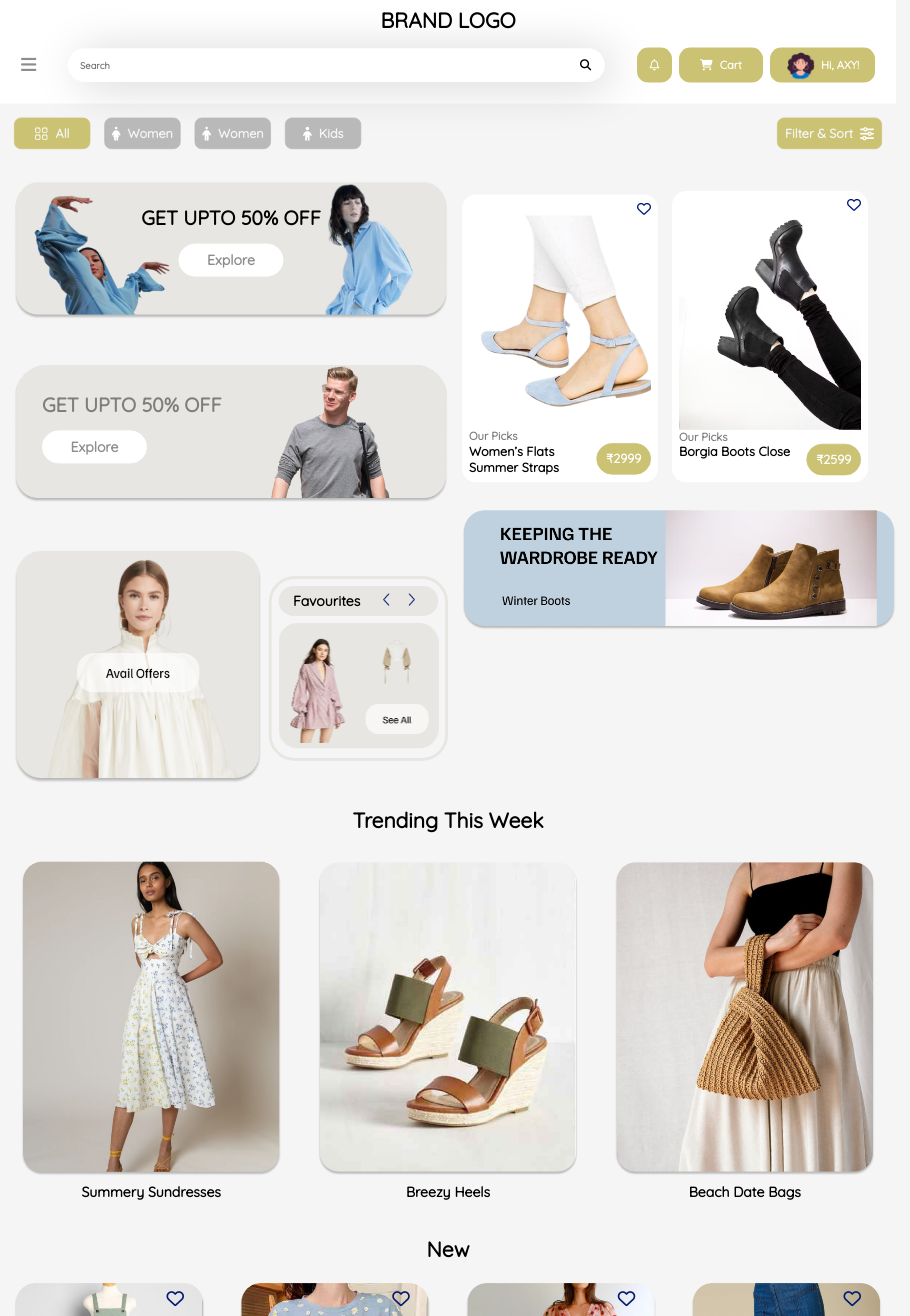
Repository: FlyweisReact/Jaspal
Page: /homepage
An editor plug-in stored every save of this project. The page is shown before and after a run of saves, followed by the edit.
The browser window is 1280 px wide. The page is 1300 px wide, so the pictures cover 1300 px, including what lies to the right of the window. The pictures show the part of the page from y = 0 to 1880 px (the page is 2569 px tall), at 70% of full size.
Some web libraries are served in a nearby version. The project was rebuilt for these pictures with package versions that can differ from the ones it lists, and the page was loaded fresh each time. Also part of the build but not shown: src/Pages/Login/Login.js.

Above is the page before, as saved 2023-08-19 12:38:09.

### public/index.html
<!-- @format -->

<!DOCTYPE html>
<html lang="en">
  <head>
    <meta charset="utf-8" />
    <link rel="icon" href="%PUBLIC_URL%/favicon.ico" />
    <meta name="viewport" content="width=device-width, initial-scale=1" />
    <meta name="theme-color" content="#000000" />
    <meta
      name="description"
      content="Web site created using create-react-app"
    />
    <link rel="apple-touch-icon" href="%PUBLIC_URL%/logo192.png" />
    <link rel="manifest" href="%PUBLIC_URL%/manifest.json" />
    <link rel="preconnect" href="https://fonts.googleapis.com">
    <link rel="preconnect" href="https://fonts.gstatic.com" crossorigin>
    <link href="https://fonts.googleapis.com/css2?family=Quicksand&display=swap" rel="stylesheet">
    <title>React App</title>
  </head>
  <body>
    <noscript>You need to enable JavaScript to run this app.</noscript>
    <div id="root"></div>
    <script src="https://kit.fontawesome.com/b533b351e4.js" crossorigin="anonymous"></script>
  </body>
</html>

### src/index.js
import React from 'react';
import ReactDOM from 'react-dom/client';
import './index.css';
import App from './App';
import "slick-carousel/slick/slick.css";
import "slick-carousel/slick/slick-theme.css";

const root = ReactDOM.createRoot(document.getElementById('root'));
root.render(
  <React.StrictMode>
    <App />
  </React.StrictMode>
);

### src/index.css
/** @format */

body {
  margin: 0;
  font-family: Quicksand !important;
  -webkit-font-smoothing: antialiased;
  -moz-osx-font-smoothing: grayscale;
  background-color: #F5F5F5;
}

code {
  font-family: Quicksand !important;
}

html {
  font-family: Quicksand !important;
}

### src/App.js
/** @format */

import React from "react";
import { BrowserRouter, Route, Routes } from "react-router-dom";
import Login from "./Pages/Login/Login";
import Homepage from "./Pages/Homepage/Homepage";
import Footer from "./Navbar/Footer";
import Navbar from "./Navbar/Navbar";


// CSS
import "./CSS/Normal.css";
import "./CSS/Navbar.css";
import './CSS/Footer.css'
import Copyright from "./Component/copyright/Copyright";
const App = () => {
  return (
    <>
      <BrowserRouter>
        <Navbar />
        <Routes>
          <Route path="/" element={<Login />} />
          <Route path="/homepage" element={<Homepage />} />
        </Routes>
        <Footer />
        <Copyright />
      </BrowserRouter>
    </>
  );
};

export default App;

### src/Pages/Homepage/Homepage.js
/** @format */

import React from "react";
import Filter from "../../Component/Homecomp/Filter";
import FullWidthProduct from "../../Component/Homecomp/FullWidthProduct";
import OfferProduct from "../../Component/Homecomp/OfferProduct";
import TrendingProduct from "../../Component/Homecomp/TrendingProduct";

const Homepage = () => {
  return (
    <div className="Home-Page">
      <Filter />
      <OfferProduct />
      <p className="Heading-all">Trending This Week</p>
      <TrendingProduct />
      <p className="Heading-all">New</p>
      <FullWidthProduct />
    </div>
  );
};

export default Homepage;

### src/Navbar/Footer.js
/** @format */

import React from "react";

const Footer = () => {
  return (
    <div className="Footer-Div">
      <div className="container">
        <ul className="four-cont">
          <ul>
            <li className="head">Customer Service</li>
            <li>Contact Us</li>
            <li>FAQs</li>
            <li>Orders and Delivery</li>
            <li>Payments</li>
            <li>Terms and Conditions</li>
          </ul>
          <ul>
            <li className="head">Career</li>
            <li>Work with Us</li>
            <li>From our Workers</li>
          </ul>
          <ul>
            <li className="head">Our Stores</li>
            <li>Find the Nearest Store</li>
            <li>Visit Virtual Store</li>
            <li>Contact Stores</li>
          </ul>
          <ul>
            <li className="head">Customer Memberships</li>
            <li>Become a Member</li>
            <li>Refer your Friend</li>
            <li>Student Discounts</li>
          </ul>
        </ul>

        <div className="social-links">
          <img src="/Image/20.png" alt="" />
          <img src="/Image/21.png" alt="" />
          <img src="/Image/22.png" alt="" />
          <img src="/Image/23.png" alt="" />
        </div>
      </div>
    </div>
  );
};

export default Footer;

### src/Navbar/Navbar.js
/** @format */

import React from "react";

const Navbar = () => {
  return (
    <div className="Navbar">
      <div className="logo">BRAND LOGO</div>

      <div className="container">
        <i className="fa-solid fa-bars"></i>

        <div className="search-bar">
          <input type="search" placeholder="Search" />
          <i className="fa-solid fa-magnifying-glass"></i>
        </div>

       <div className="Right-Container">
       <div className="Item Item1">
          <i class="fa-regular fa-bell"></i>
        </div>

        <div className="Item Item2">
          <i className="fa-solid fa-cart-shopping"></i>
          <p>Cart</p>
        </div>

        <div className="Item Item3">
        <img src='/Image/3.png' alt='' />
          <p>Hi, AXY!</p>
        </div>

       </div>
      </div>
    </div>
  );
};

export default Navbar;

### src/CSS/Normal.css
/**
 * Login Page
 *
 * @format
 */

.Login-Page {
  min-height: 100vh;
  background-image: url("../../public/Image/1.png");
  width: 100%;
  background-position: center;
  background-repeat: no-repeat;
  background-size: cover;
  position: relative;
}
.Login-Page .Login-Div {
  max-width: 600px;
  width: 100%;
  display: block;
  margin: auto;
  position: absolute;
  top: 50%;
  left: 50%;
  transform: translate(-50%, -50%);
}
.Login-Page .Login-Div .logo {
  color: #000;
  font-size: 30px;
  font-style: normal;
  font-weight: 700;
  line-height: normal;
  margin: 0;
  text-align: center;
  margin-bottom: 10px;
}

.Login-Page .Login-Div .container {
  border-radius: 16px;
  background: #fff;
  padding: 16px;
}
.Login-Page .Login-Div .container .head {
  color: #000;
  font-size: 25px;
  font-style: normal;
  font-weight: 700;
  text-align: center;
  line-height: normal;
}
.Login-Page .Login-Div .container input {
  max-width: 400px;
  width: 100%;
  display: block;
  margin: auto;
  padding: 10px;
  border-radius: 8px;
  border: 1px solid #b9b9b9;
  outline: none;
  font-size: 16px;
  font-family: Quicksand;
  background: #fff;
  box-shadow: 8px 4px 20px 0px rgba(0, 0, 0, 0.3);
  margin-top: 20px;
}

.Login-Page .Login-Div .container .forget-password {
  max-width: 400px;
  width: 100%;
  text-align: right;
  display: block;
  margin: auto;
  margin-top: 10px;
  color: #f00;
  font-weight: 600;
  cursor: pointer;
}

.Login-Page .Login-Div .container .login-button {
  max-width: 400px;
  width: 100%;
  border-radius: 8px;
  border: 1px solid #b9b9b9;
  background: #cbc273;
  padding: 10px;
  display: block;
  margin: auto;
  margin-top: 40px;
  font-family: Quicksand;
  color: #f5f5f5;
  font-size: 20px;
  font-weight: bold;
  cursor: pointer;
  box-shadow: 8px 4px 20px 0px rgba(0, 0, 0, 0.3);
}
.Login-Page .Login-Div .container .signup-button {
  max-width: 400px;
  width: 100%;
  border-radius: 8px;
  padding: 10px;
  display: block;
  margin: auto;
  margin-top: 10px;
  font-family: Quicksand;
  color: #cbc273;
  font-size: 20px;
  font-weight: bold;
  cursor: pointer;
  border: none;
  background-color: transparent;
}

.Login-Page .Login-Div .container .three-img {
  display: flex;
  justify-content: center;
  align-items: center;
  gap: 20px;
  margin-bottom: 40px;
}

.Filter-Category {
  display: flex;
  justify-content: space-between;
  align-items: center;
  padding: 20px;
  max-width: 1400px;
  margin: auto;
}
.Filter-Category .center {
  width: 40%;
  display: flex;
  justify-content: flex-end;
  gap: 20px;
}
.Filter-Category .center button {
  display: flex;
  width: 120px;
  justify-content: center;
  align-items: center;
  gap: 10px;
  border: 1px solid #b9b9b9;
  border-radius: 10px;
  background: #b9b9b9;
  gap: 10px;
  padding: 10px;
  color: #fff;
  cursor: pointer;
}
.Filter-Category .center button.active {
  background-color: #cbc273;
  border: 1px solid #cbc273;
}
.Filter-Category .center button img {
  width: 20px;
  height: 20px;
}
.Filter-Category .center button svg {
  font-size: 20px;
}
.Filter-Category .center button i {
  font-size: 20px;
}
.Filter-Category .center button span {
  color: #f5f5f5;
  text-align: center;
  font-family: Quicksand;
  font-size: 18px;
  font-style: normal;
  font-weight: 600;
  line-height: normal;
}

.Filter-Category .right {
  width: 10%;
  display: flex;
  justify-content: flex-end;
  gap: 20px;
}
.Filter-Category .right button {
  display: flex;
  min-width: 150px;
  max-width: 180px;

  justify-content: center;
  align-items: center;
  gap: 10px;
  border-radius: 10px;
  gap: 10px;
  padding: 10px;
  color: #fff;
  cursor: pointer;
  background-color: #cbc273;
  border: 1px solid #cbc273;
}

.Filter-Category .right button i {
  font-size: 20px;
}
.Filter-Category .right button span {
  color: #f5f5f5;
  text-align: center;
  font-family: Quicksand;
  font-size: 18px;
  font-style: normal;
  font-weight: 600;
  line-height: normal;
}

.offer-products {
  display: flex;
  justify-content: space-between;
  padding: 20px;
  max-width: 1400px;
  margin: auto;
}
.offer-products .left-container {
  width: 50%;
}
.offer-products .left-container .img-container {
  width: 100%;
  height: 267px;
  background-image: url("../../public/Image/4.png");
  background-size: contain;
  background-repeat: no-repeat;
  border-radius: 50px;
}
.offer-products .left-container .img-container h5 {
  color: #000;
  text-align: center;
  font-family: Quicksand;
  font-size: 28px;
  font-style: normal;
  font-weight: bold;
  line-height: normal;
  margin: 0;
  padding-top: 40px;
  margin-bottom: 20px;
}
.offer-products .left-container .img-container button {
  width: 150px;
  padding: 10px;
  color: #8d8d8d;
  text-align: center;
  font-family: Quicksand;
  font-size: 20px;
  font-style: normal;
  font-weight: 600;
  line-height: normal;
  background-color: #fff;
  border: 1px solid #fff;
  border-radius: 50px;
  display: block;
  margin: auto;
}

.offer-products .left-container .img-container-2 {
  background-image: url("../../public/Image/5.png");
}

.offer-products .left-container .img-container-2 h5 {
  text-align: left;
  color: #7e7e7e;
  padding-left: 40px;
}
.offer-products .left-container .img-container-2 button {
  margin-left: 40px;
}

.offer-products .left-container .two-sec {
  display: flex;
  justify-content: space-between;
  align-items: center;
  gap: 10px;
}
.offer-products .left-container .two-sec .left {
  max-width: 365px;
}
.offer-products .left-container .two-sec .left img {
  max-width: 100%;
}
.offer-products .left-container .two-sec .right {
  border-radius: 37px;
  border: 4px solid #e7e6e2;
  background: rgba(217, 217, 217, 0);
  width: 40%;
}

.Favorite-slider {
  padding: 10px;
}
.Favorite-slider .Prev-Next_cont {
  width: 100%;
  margin-bottom: 10px;
  display: flex;
  background-color: #e7e6e2;
  border-radius: 50px;
  justify-content: space-evenly;
  align-items: center;
}
.Favorite-slider .Prev-Next_cont span {
  color: #000;
  text-align: center;
  font-size: 20px;
  font-style: normal;
  font-weight: 800;
  line-height: normal;
}
.Favorite-slider .Prev-Next_cont img {
  cursor: pointer;
}
.Fav-Slide {
  width: 100%;
}
.Fav-Slide .Main {
  width: 100%;
}
.Fav-Slide .Main img {
  width: 100%;
}
.Fav-Slide .slick-arrow {
  display: none !important;
}

.offer-products .right-container {
  width: 50%;
}

.offer-products .right-container .product-container {
  display: flex;
  justify-content: space-between;
  gap: 20px;
  align-items: flex-end;
  padding: 20px;
}
.offer-products .right-container .product-container .Main {
  background-color: #fff;
  width: 45%;
  padding: 10px;
  border-radius: 20px;
}
.offer-products .right-container .product-container .Main .fa-heart {
  display: flex;
  justify-content: flex-end;
  font-size: 20px;
  color: #001a72;
}
.offer-products .right-container .product-container .Main img {
  max-width: 100%;
  display: block;
  margin: auto;
}
.offer-products .right-container .product-container .Main .pick {
  color: #7e7e7e;
  font-size: 16px;
  font-style: normal;
  font-weight: 600;
  line-height: normal;
  margin: 0;
}
.offer-products .right-container .product-container .Main .desc {
  display: flex;
  justify-content: space-between;
  align-items: flex-start;
  gap: 10px;
}
.offer-products .right-container .product-container .Main .desc span {
  color: #000;
  font-size: 18px;
  font-style: normal;
  font-weight: 600;
  line-height: normal;
  max-width: 70%;
}
.offer-products .right-container .product-container .Main .desc button {
  max-width: 30%;
  width: 120px;
  border: 1px solid #cbc273;
  background-color: #cbc273;
  border-radius: 50px;
  color: #fff;
  text-align: center;
  font-size: 18px;
  padding: 10px;
  cursor: pointer;
  font-style: normal;
  font-weight: 600;
  font-family: Quicksand;
  line-height: normal;
}

.offer-products .right-container .img-container {
  width: 100%;
  padding: 20px;
}
.offer-products .right-container .img-container img {
  max-width: 100%;
  display: block;
  margin: auto;
}

.Heading-all {
  color: #000;
  text-align: center;
  font-size: 30px;
  font-style: normal;
  font-weight: 700;
  line-height: normal;
  margin: 0;
  padding: 10px;
}

.Trending-Product {
  padding: 20px;
  max-width: 1400px;
  margin: auto;
  display: flex;
  justify-content: space-between;
  align-items: center;
  flex-wrap: wrap;
}
.Trending-Product .Main {
  width: 30%;
  padding: 10px;
}
.Trending-Product .Main img {
  max-width: 100%;
  display: block;
  margin: auto;
}
.Trending-Product .Main p {
  color: #000;
  font-family: Inter;
  font-size: 20px;
  font-style: normal;
  font-weight: 700;
  padding: 10px;
  line-height: normal;
  text-align: center;
  font-family: Quicksand;
  margin: 0;
}

.full-width-product {
  padding: 20px;
  display: flex;
  max-width: 1400px;
  margin: auto;
  flex-wrap: wrap;
  align-items: center;
  gap: 20px;
  justify-content: space-between;
}
.full-width-product .Main {
  width: 22%;
}
.full-width-product .Main .img-container {
  width: 100%;
  position: relative;
}
.full-width-product .Main .img-container img {
  max-width: 100%;
  display: block;
  margin: auto;
}
.full-width-product .Main .img-container .fa-heart {
  position: absolute;
  top: 10px;
  right: 30px;
  font-size: 25px;
  color: #001a72;
  z-index: 2;
  cursor: pointer;
}

.full-width-product .Main .product-desc {
  padding: 10px;
}
.full-width-product .Main .product-desc p {
  margin: 0;
  text-align: center;
  max-width: 100%;
}
.full-width-product .Main .product-desc .light {
  color: #7e7e7e;
  font-size: 14px;
  font-style: normal;
  font-weight: 700;
  line-height: normal;
}
.full-width-product .Main .product-desc .title {
  color: #000;
  font-size: 18px;
  font-style: normal;
  font-weight: 700;
  line-height: normal;
}

### src/CSS/Navbar.css
/** @format */

.Navbar {
  padding: 10px;
  background-color: #fff;
}
.Navbar .logo {
  color: #000;
  font-size: 30px;
  font-style: normal;
  font-weight: 700;
  line-height: normal;
  text-align: center;
  max-width: 1400px;
  margin: auto;
}
.Navbar .container {
  display: flex;
  justify-content: space-between;
  padding: 20px;
  max-width: 1400px;
  margin: auto;
  align-items: center;
}
.Navbar .container .fa-bars {
  font-size: 25px;
  cursor: pointer;
  color: #8d8d8d;
  font-weight: bold;
}

.Navbar .container .search-bar {
  display: flex;
  width: 60%;
  border-radius: 24px;
  background: #fff;
  box-shadow: 12px 5px 65px 0px rgba(0, 0, 0, 0.18);
  justify-content: space-between;
  align-items: center;
  padding: 15px;
  padding-right: 20px;
}
.Navbar .container .search-bar input {
  width: 90%;
  border: none;
  outline: none;
  font-family: Quicksand;
  font-weight: 900;
}

.Navbar .container .Item {
  border-radius: 16px;
  background: #cbc273;
  display: flex;
  justify-content: center;
  align-items: center;
  min-width: 20px;
  gap: 10px;
  height: 50px;
  cursor: pointer;
}
.Navbar .container .Item i {
  color: #fff;
}
.Navbar .container .Item p {
  color: #fff;
  font-size: 16px;
  font-weight: 600;
}

.Navbar .container .Item2 {
  width: 120px;
  height: 50px;
}
.Navbar .container .Item1 {
  width: 50px;
}
.Navbar .container .Item3 {
  width: 150px;
  height: 50px;
}
.Navbar .container .Item img {
  width: 40px;
  height: 40px;
}
.Navbar .container .Right-Container {
  display: flex;
  gap: 10px;
}

### src/CSS/Footer.css
/** @format */

.Footer-Div {
  background: #ededed;
}
.Footer-Div .container {
  max-width: 1400px;
  margin: auto;
  padding: 20px;
}
.Footer-Div .container ul {
  padding-left: 0;
  list-style: none;
}
.Footer-Div .container ul li {
  padding-left: 0;
}
.Footer-Div .container ul li.head {
  color: #000;
  font-size: 24px;
  font-style: normal;
  font-weight: 600;
  line-height: normal;
}

.Footer-Div .container ul li {
  color: #7e7e7e;
  font-size: 16px;
  font-style: normal;
  font-weight: 700;
  line-height: normal;
  padding-top: 10px;
}
.Footer-Div .container .four-cont {
  display: flex;
  justify-content: space-between;
  gap: 20px;
  align-items: flex-start;
}
.Footer-Div .container .social-links {
  display: flex;
  justify-content: center;
  gap: 20px;
  align-items: center;
}
.Footer-Div .container .social-links img {
  width: 30px;
  cursor: pointer;
}

.copy-right {
  max-width: 1400px;
  margin: auto;
}
.copy-right p {
  color: #000;
  font-size: 16px;
  font-style: normal;
  font-weight: 800;
  line-height: normal;
}

### src/Component/copyright/Copyright.js
import React from 'react'

const Copyright = () => {
  return (
    <div className='copy-right'>
        <p>© Copyright 2023 Flyweis Tec. All rights reserved.</p>
    </div>
  )
}

export default Copyright

### src/Component/Homecomp/Filter.js
/** @format */

import React from "react";
import { BsGrid } from "react-icons/bs";

const Filter = () => {
  return (
    <div className="Filter-Category">
      <div className="center">
        <button className="active">
          <BsGrid />
          <span>All</span>
        </button>
        <button>
          <i className="fa-solid fa-person-dress"></i>
          <span>Women</span>
        </button>
        <button>
          <i className="fa-solid fa-person"></i>
          <span>Women</span>
        </button>
        <button>
          <i className="fa-solid fa-child"></i>
          <span>Kids</span>
        </button>
      </div>
      <div className="right">
        <button>
          <span>Filter & Sort</span>
          <i className="fa-solid fa-sliders" />
        </button>
      </div>
    </div>
  );
};

export default Filter;

### src/Component/Homecomp/FullWidthProduct.js
/** @format */

import React from "react";

const FullWidthProduct = () => {
  const data = [
    {
      img: "/Image/16.png",
      light: "Exclusive",
      title: "Jade Overalls",
    },
    {
      img: "/Image/17.png",
      light: "Our Picks",
      title: "Daisy Summer Top",
    },
    {
      img: "/Image/18.png",
      light: "Limited Stock",
      title: "Strawberry Sundresse",
    },
    {
      img: "/Image/19.png",
      light: "Season Pick",
      title: "Bootcut Jeans",
    },
  ];

  return (
    <div className="full-width-product">
      {data.map((i, index) => (
        <div className="Main" key={index}>
          <div className="img-container">
            <i className="fa-sharp fa-regular fa-heart"></i>
            <img src={i.img} alt="" />
          </div>
          <div className="product-desc">
            <p className="light">{i.light}</p>
            <p className="title"> {i.title} </p>
          </div>
        </div>
      ))}
    </div>
  );
};

export default FullWidthProduct;

### src/Component/Homecomp/TrendingProduct.js
import React from 'react'

const TrendingProduct = () => {
  return (
    <div className='Trending-Product'>
        <div className='Main'>
            <img src='/Image/13.png' alt='' />
            <p>Summery Sundresses</p>
        </div>
        <div className='Main'>
            <img src='/Image/14.png' alt='' />
            <p>Breezy Heels</p>
        </div>
        <div className='Main'>
            <img src='/Image/15.png' alt='' />
            <p>Beach Date Bags</p>
        </div>
    </div>
  )
}

export default TrendingProduct

### src/Component/Homecomp/FavouritesSlide.js
/** @format */

import { useRef } from "react";
import Slider from "react-slick";

const FavouritesSlide = () => {
  const sliderRef = useRef(null);
  const settings = {
    dots: false,
    infinite: false,
    speed: 500,
    slidesToShow: 1,
    slidesToScroll: 1,
    autoplay: false,
  };

  const nextSlide = () => {
    sliderRef.current.slickNext();
  };

  const prevSlide = () => {
    sliderRef.current.slickPrev();
  };
  return (
    <div className="Favorite-slider">
      <div className="Prev-Next_cont">
        <span>Favourites</span>
        <div>
          <img src="/Image/8.png" alt="" onClick={prevSlide} />
          <img src="/Image/9.png" alt="" onClick={nextSlide} />
        </div>
      </div>
      <Slider {...settings} className="Fav-Slide" ref={sliderRef}>
        <div className="Main">
          <img src="/Image/7.png" alt="" />
        </div>
        <div className="Main">
          <img src="/Image/7.png" alt="" />
        </div>
        <div className="Main">
          <img src="/Image/7.png" alt="" />
        </div>
      </Slider>
    </div>
  );
};

export default FavouritesSlide;

Loaded but not shown: src/Component/Homecomp/OfferProduct.js (65 lines, source omitted)

After the next 2 saves:
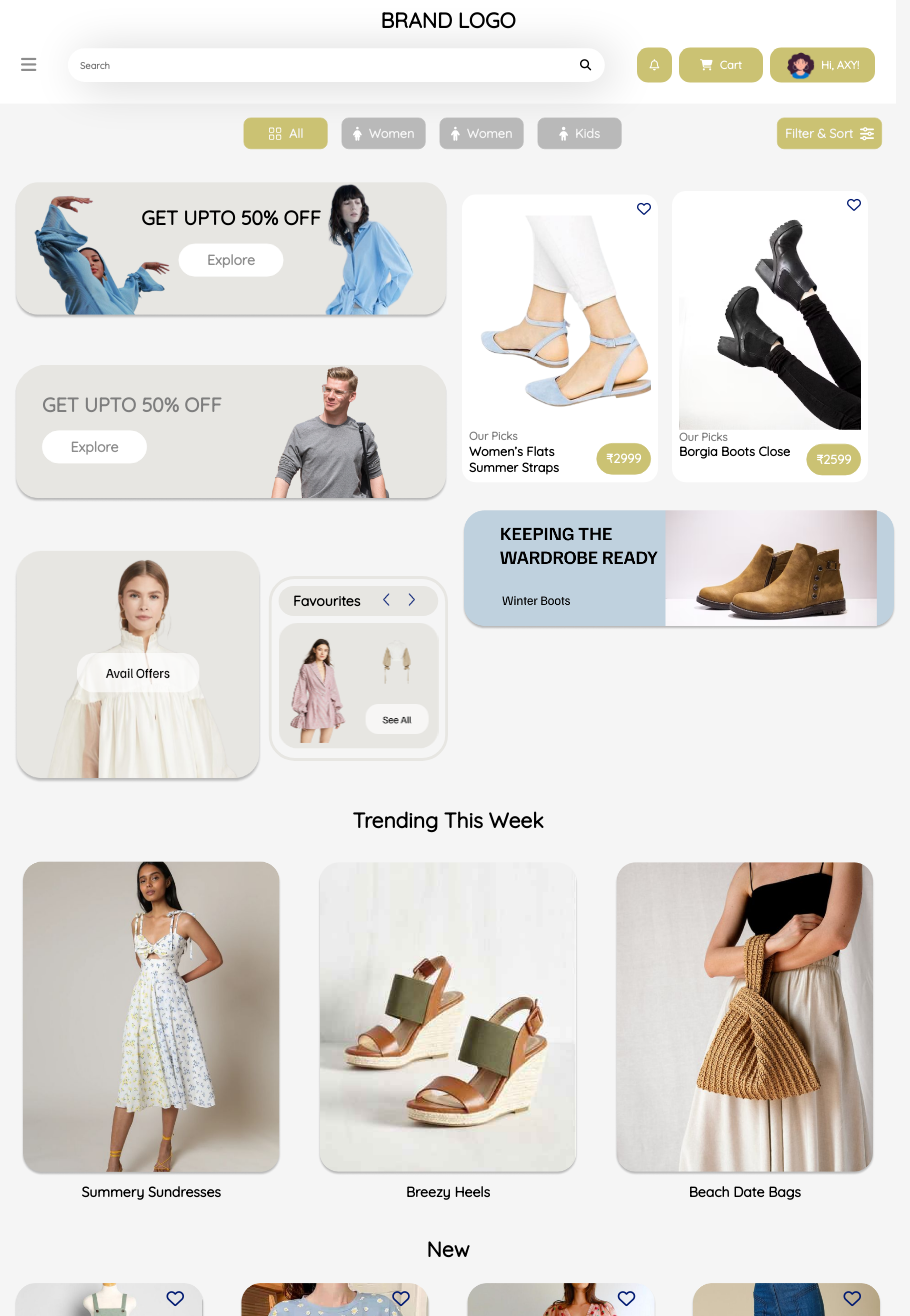
The 2 saves are shown as one change because they came seconds apart.
The last was saved 13 s later.
--- a/src/CSS/Normal.css
+++ b/src/CSS/Normal.css
@@ -126,7 +126,7 @@
   margin: auto;
 }
 .Filter-Category .center {
-  width: 40%;
+  width: 70%;
   display: flex;
   justify-content: flex-end;
   gap: 20px;
